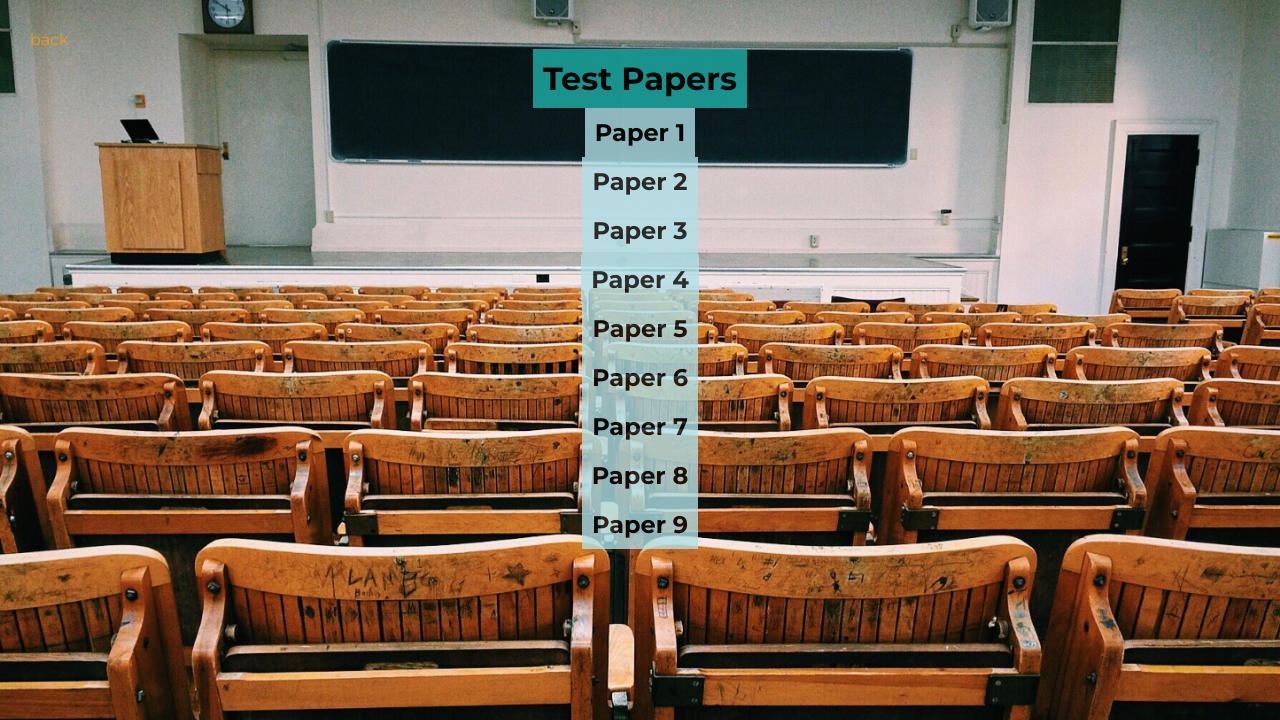
Repository: GauravBrahmbhatt/Psquare
Page: /testpage
The author's editor kept a copy of each file at every save. The page is drawn from the files as they stood at one save, then again after the next save.
The browser window is 1280 px wide. The pictures show the whole page.
The project was rebuilt for these pictures with package versions that can differ from the ones it lists, and the page was loaded fresh each time. Also part of the build but not shown: src/pages/main.js, src/pages/timer.js, src/pages/TestPapers/level1.js.

Above is the page before, as saved 2020-06-18 18:29:16.

### src/App.js
import React, { Component } from 'react';
import {Switch, Route, Router} from 'react-router-dom';
import History from './pages/History';

import NextPage from './pages/TestLoader';
import Main from './pages/main';
//import TestPage from './pages/LevelCoordinator';
import TestPage from './pages/TestPapers/level1';
//import Level2 from './pages/TestPapers/level2';
//import Level3 from './pages/TestPapers/level3';
//import Level4 from './pages/TestPapers/level4';
//import Level5 from './pages/TestPapers/level5';
//import Level6 from './pages/TestPapers/level6';
//import Level7 from './pages/TestPapers/level7';

//https://codepen.io/abbeyjfitzgerald/pen/QaeoYj

/*const backUrl = '/some/other/value'
// this.props.testvalue === "hello"
<Link to={{pathname: `/${this.props.testvalue}`, query: {backUrl}}} />
console.log(this.props.match.params.testvalue, this.props.location.query.backurl)
// output
hello /some/other/value
*/



class App extends Component {
	//this.props.match.params.id






  render(){
    return(

      <Router history={History}>
        <Switch>
          <Route path="/" exact component={Main} />
          <Route path="/testpage" component={NextPage} />
          <Route path="/timedtest" component={TestPage} />

        </Switch>
      </Router>
    )

  }
}

export default App;

//	  <Route path="/random" component={Level4} />
/*{"q":["24","-4","7"], "a":27},
	{"q":["3","-2","36"], "a":37},
	{"q":["56","-1","3"], "a":58},
	{"q":["88","-2","-1"], "a":85},
	{"q":["73","-1","7"], "a":79},
	{"q":["7","32","-4"], "a":35},
	{"q":["6","71","-5"], "a":72},
	{"q":["16","-5","2"], "a":13},
	{"q":["7","22","-7"], "a":22},
	{"q":["38","-6","2"], "a":34},
	{"q":["5","54","-1"], "a":58},
	{"q":["5","54","-1"], "a":58},
	{"q":["5","54","-1"], "a":58},
	{"q":["5","54","-1"], "a":58},
	{"q":["5","54","-1"], "a":58},
	{"q":["5","54","-1"], "a":58},
	{"q":["5","54","-1"], "a":58},
	{"q":["5","54","-1"], "a":58},
	{"q":["5","54","-1"], "a":58},
	{"q":["5","54","-1"], "a":58},
	{"q":["5","54","-1"], "a":58},
	{"q":["5","54","-1"], "a":58},
	{"q":["5","54","-1"], "a":58},
	{"q":["5","54","-1"], "a":58},
	{"q":["5","54","-1"], "a":58},
	{"q":["5","54","-1"], "a":58},
	{"q":["5","54","-1"], "a":58},
	{"q":["5","54","-1"], "a":58},
	{"q":["5","54","-1"], "a":58},
	{"q":["5","54","-1"], "a":58},
	{"q":["5","54","-1"], "a":58},
	{"q":["5","54","-1"], "a":58},
	{"q":["5","54","-1"], "a":58},
	{"q":["5","54","-1"], "a":58},
	{"q":["5","54","-1"], "a":58},
	{"q":["5","54","-1"], "a":58},
	{"q":["5","54","-1"], "a":58},
	{"q":["5","54","-1"], "a":58},
	{"q":["5","54","-1"], "a":58},
	{"q":["5","54","-1"], "a":58},
	{"q":["5","54","-1"], "a":58},
	{"q":["5","54","-1"], "a":58},
	{"q":["5","54","-1"], "a":58},
	{"q":["5","54","-1"], "a":58},
	{"q":["5","54","-1"], "a":58},
	{"q":["5","54","-1"], "a":58},
	{"q":["5","54","-1"], "a":58},
	{"q":["5","54","-1"], "a":58},
	{"q":["5","54","-1"], "a":58},
	{"q":["5","54","-1"], "a":58},
	{"q":["5","54","-1"], "a":58},
	{"q":["5","54","-1"], "a":58},
	{"q":["5","54","-1"], "a":58},
	{"q":["5","54","-1"], "a":58},
	{"q":["5","54","-1"], "a":58},
	{"q":["5","54","-1"], "a":58},
	{"q":["5","54","-1"], "a":58},
	{"q":["5","54","-1"], "a":58},
	{"q":["5","54","-1"], "a":58},
	{"q":["5","54","-1"], "a":58},
	{"q":["5","54","-1"], "a":58},
	{"q":["5","54","-1"], "a":58},
	{"q":["5","54","-1"], "a":58},
	{"q":["5","54","-1"], "a":58},
	{"q":["5","54","-1"], "a":58},
	{"q":["5","54","-1"], "a":58},
	{"q":["5","54","-1"], "a":58},
	{"q":["5","54","-1"], "a":58},
	{"q":["5","54","-1"], "a":58},
	{"q":["5","54","-1"], "a":58},
	{"q":["5","54","-1"], "a":58},
	{"q":["5","54","-1"], "a":58},
	{"q":["5","54","-1"], "a":58},
	{"q":["5","54","-1"], "a":58},
	{"q":["5","54","-1"], "a":58},
	{"q":["5","54","-1"], "a":58},
	{"q":["5","54","-1"], "a":58},
	{"q":["5","54","-1"], "a":58},
	{"q":["5","54","-1"], "a":58},
	{"q":["5","54","-1"], "a":58},
	{"q":["5","54","-1"], "a":58},
	{"q":["5","54","-1"], "a":58},
	{"q":["5","54","-1"], "a":58},
	{"q":["5","54","-1"], "a":58},
	{"q":["5","54","-1"], "a":58},
	{"q":["5","54","-1"], "a":58},
	{"q":["5","54","-1"], "a":58},
	{"q":["5","54","-1"], "a":58},
	{"q":["5","54","-1"], "a":58},
	{"q":["5","54","-1"], "a":58},
	{"q":["5","54","-1"], "a":58},
	{"q":["5","54","-1"], "a":58},
	{"q":["5","54","-1"], "a":58},
	{"q":["5","54","-1"], "a":58},
	{"q":["5","54","-1"], "a":58},
	{"q":["5","54","-1"], "a":58},
	{"q":["5","54","-1"], "a":58},
	{"q":["5","54","-1"], "a":58},
	{"q":["5","54","-1"], "a":58},
	{"q":["5","54","-1"], "a":58},
	{"q":["5","54","-1"], "a":58},
	{"q":["5","54","-1"], "a":58},
	{"q":["5","54","-1"], "a":58},
	{"q":["5","54","-1"], "a":58},
	{"q":["5","54","-1"], "a":58},
	{"q":["5","54","-1"], "a":58},
	{"q":["5","54","-1"], "a":58},
	{"q":["5","54","-1"], "a":58},
	{"q":["5","54","-1"], "a":58},
	{"q":["5","54","-1"], "a":58},
	{"q":["5","54","-1"], "a":58},
	{"q":["5","54","-1"], "a":58},
	{"q":["5","54","-1"], "a":58},
	{"q":["5","54","-1"], "a":58},
	{"q":["5","54","-1"], "a":58},
	{"q":["5","54","-1"], "a":58},
	{"q":["5","54","-1"], "a":58},
	{"q":["5","54","-1"], "a":58},
	{"q":["5","54","-1"], "a":58},
	{"q":["5","54","-1"], "a":58},
	{"q":["5","54","-1"], "a":58},
	{"q":["5","54","-1"], "a":58},
	{"q":["5","54","-1"], "a":58},
	{"q":["5","54","-1"], "a":58},
	{"q":["5","54","-1"], "a":58},
	{"q":["5","54","-1"], "a":58},
	{"q":["5","54","-1"], "a":58},
	{"q":["5","54","-1"], "a":58},
	{"q":["5","54","-1"], "a":58},
	{"q":["5","54","-1"], "a":58},
	{"q":["5","54","-1"], "a":58},
	{"q":["5","54","-1"], "a":58},
	{"q":["5","54","-1"], "a":58},
	{"q":["5","54","-1"], "a":58},
	{"q":["5","54","-1"], "a":58},
	{"q":["5","54","-1"], "a":58},
	{"q":["5","54","-1"], "a":58},
	{"q":["5","54","-1"], "a":58},
	{"q":["5","54","-1"], "a":58},
	{"q":["5","54","-1"], "a":58}*/

### src/pages/TestLoader.js
import React, { useState, useEffect } from "react";
import { Link } from "react-router-dom";


const TestLoader = ({ location }) => {

    const [ level, setLLevel ] = useState('');

  useEffect(() => {

    const params = new URLSearchParams(location.search);
    //let arr=params.getAll();
    //console.log(arr);
    const level = params.get("l");
    setLLevel(level ? level : "1");

    //console.log("level");
    //console.log(level);
    // get the q param
    //const q = params.get('q');
    // set language in state to the q parameter
    //setLanguage(q ? q : 'MatLab');
    //eslint-disable-next-line
  }, []);

  return (

    <div>
      <Link to="/">back</Link>
      <h1 className="title1">Test Papers</h1>
      <Link to="/timedtest?p=1">
        <p className="hover">Paper 1</p>
      </Link>
      <Link to="/timedtest?p=2">
        <p className="hover">Paper 2</p>
      </Link>
      <Link to="/timedtest?p=3">
        <p className="hover">Paper 3</p>
      </Link>
      <Link to="/timedtest?p=4">
        <p className="hover">Paper 4</p>
      </Link>
      <Link to="/timedtest?p=5">
        <p className="hover">Paper 5</p>
      </Link>
      <Link to="/timedtest?p=6">
        <p className="hover">Paper 6</p>
      </Link>
      <Link to="/timedtest?p=7">
        <p className="hover">Paper 7</p>
      </Link>
      <Link to="/timedtest?p=8">
        <p className="hover">Paper 8</p>
      </Link>
      <Link to="/timedtest?p=9">
        <p className="hover">Paper 9</p>
      </Link>
    </div>
  );
};

export default TestLoader;

### src/styleSheets/main.scss
@import url("https://fonts.googleapis.com/css?family=Montserrat:400,500,600,700");

* {
  -webkit-box-sizing: border-box;
  -moz-box-sizing: border-box;
  box-sizing: border-box;
}

body {
  font-family: "Montserrat";
  margin: 30px;
  background-image: url("../Bench.jpg");

  /* Set a specific height */
  height: 500px;

  /* Create the parallax scrolling effect */
  background-attachment: fixed;
  background-position: center;
  background-repeat: no-repeat;
  background-size: cover;
  //background-color:rgba(255,255,255,0.1);
  opacity: 0.8;
  //position: absolute;
  z-index: -1;
}

a {
  text-decoration: none;
  color: orange;
}

h2 {
  color: #000;
  margin: 2rem 0 0.5rem;
  font-size: 1.25rem;
  font-weight: 400;
  text-transform: uppercase;
}

img {
  display: block;
  border: 0;
  width: 100%;
  height: auto;
}

/***************************           Cards            *******************************/

.title {
  margin: auto;
  width: max-content;
  padding: 10px;
  font-size: 2rem;
  display: flex;
  font-weight: 900;
  background: #539fd3;
}

.title1 {
  margin: auto;
  width: max-content;
  padding: 10px;
  font-size: 2rem;
  display: flex;
  font-weight: 900;
  background: lightseagreen;
}

/* Turn off parallax scrolling for all tablets and phones. Increase/decrease the pixels if needed */
//@media only screen and (max-device-width: 1366px) {
// .parallax {
//   /* The image used */
//   //background-image: url("../Bench.jpg");

//   /* Set a specific height */
//   //height: 500px;

//   /* Create the parallax scrolling effect */
//   // background-attachment: fixed;
//   //background-position: center;
//   //background-repeat: no-repeat;
//   //background-size: cover;
//   //opacity: 0.2;
//   z-index: 1;
// }
//}

@mixin hideTapHighlightColor() {
  //Prevent highlight colour when element is tapped
  -webkit-tap-highlight-color: rgba(0, 0, 0, 0);
}

@mixin hardwareAccel() {
  //Improve performance on mobile/tablet devices
  transform: translateZ(0);
}

@mixin improveAntiAlias() {
  //Improve aliasing on mobile/tablet devices
  box-shadow: 0 0 1px rgba(0, 0, 0, 0);
}

.hover {
  display: inline-block;
  transition-duration: 0.5s;
  transition-property: transform;
  margin: auto;
  width: max-content;
  padding: 10px;
  font-size: 1.5rem;
  display: flex;
  font-weight: 900;
  color: black;
  background-color: powderblue;

  @include hideTapHighlightColor();
  @include hardwareAccel();
  @include improveAntiAlias();

  &:hover {
    transform: translateY(-6px);
    animation-name: hover;
    animation-duration: 1.5s;
    animation-delay: 1.5s;
    animation-timing-function: linear;
    animation-iteration-count: infinite;
    animation-direction: alternate;
  }
}

.cards {
  display: grid;
  grid-template-columns: repeat(
    auto-fill,
    minmax(200px, 1fr)
  ); /* see notes below */
  grid-auto-rows: minmax(120px, auto);
  grid-gap: 5rem;
  z-index: 5;
}

.card {
  /*height: 200px;*/
  /*background: red;*/
  border: 2px solid #e7e7e7;
  border-radius: 4px;
  padding: 0.5rem;
  -webkit-box-shadow: 0 2px 2px rgba(0, 0, 0, 0.15);
  box-shadow: 0 2px 2px rgba(0, 0, 0, 0.15);
  display: flex;
  /* -webkit-box-orient: vertical; */
  /* -webkit-box-direction: normal; */
  -ms-flex-direction: column;
  flex-direction: column;
  position: relative;
  color: #5d5e5e;
} /* li item */

.thumbnail img {
  fill: #c7c4c4;
  height: 135px;
  //opacity: 0.25;
  padding: 1.5rem;
}

.card-content {
  font-size: 0.75rem;
  display: flex;
  -webkit-box-orient: vertical;
  -webkit-box-direction: normal;
  -ms-flex-direction: column;
  flex-direction: column;
  -webkit-box-flex: 1;
  -ms-flex: 1;
  flex: 1;
}

.panel.card-panel .panel-header {
  background-color: #ffffff;
  font-size: 0.75rem;
  font-weight: 400;
  height: 25px !important;
}

.panel.card-panel .panel-content {
  -webkit-box-flex: 1;
  -ms-flex: 1;
  flex: 1;
}

.category {
  font-size: 0.75rem;
  text-transform: uppercase;
}

footer {
  border-top: 2px solid #e7e7e7;
  margin: 0.5rem 0 0;
  min-height: 30px;
  font-size: 0.5rem;
}

.category {
  position: absolute;
  top: 105px;
  left: 75px;
  color: #fff;
  background: #e74c3c;
  padding: 5px 15px;
  font-size: 15px;
  font-weight: 600;
  text-transform: uppercase;
}

.category__01 {
  background-color: #50c6db;
}

.category__02 {
  background-color: #51bb7b;
}

.category__03 {
  background-color: firebrick;
}

.category__04 {
  background-color: palegoldenrod;
}

.category__05 {
  background-color: olive;
}

.post-meta {
  margin-top: 1rem;
}

.comments {
  margin-left: 0.5rem;
}

.center {
  margin: auto;
  width: 50%;
  //border: 3px solid green;
  padding: 10px;
}

.fa-check {
  color: #13a775;
}

.fa-times {
  color: #f42020;
}

input[type="number"]::-webkit-inner-spin-button,
input[type="number"]::-webkit-outer-spin-button {
  -webkit-appearance: none;
}
input[type="number"] {
  -moz-appearance: textfield;
}

.heidi {
  display: none;
}

table {
  border-collapse: collapse;
}

//td, th,
tr {
  border: 2.5px solid #999;
  padding: 5px;
  text-align: center;
}

Loaded but not shown: src/index.js (common file); src/index.css (common file); src/serviceWorker.js (common file); src/pages/History.js (common file)

After the next save:
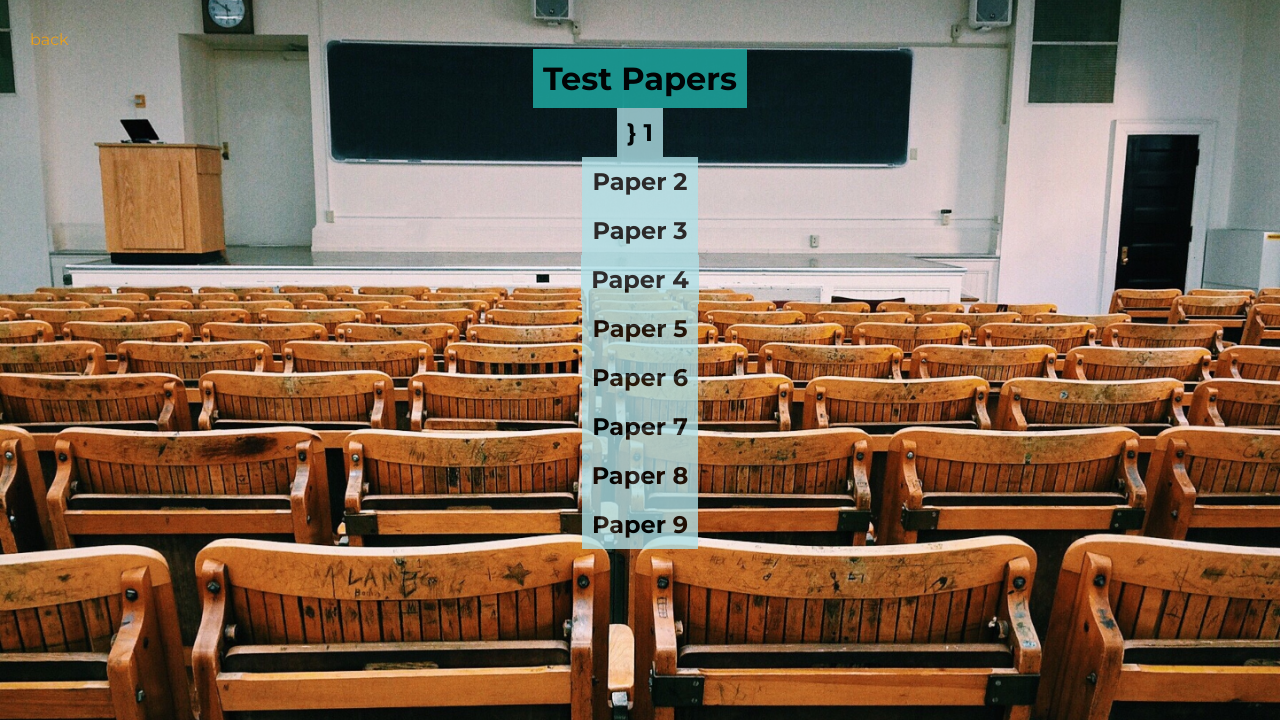
Saved 16 s later.
--- a/src/pages/TestLoader.js
+++ b/src/pages/TestLoader.js
@@ -29,7 +29,7 @@ const TestLoader = ({ location }) => {
       <Link to="/">back</Link>
       <h1 className="title1">Test Papers</h1>
       <Link to="/timedtest?p=1">
-        <p className="hover">Paper 1</p>
+        <p className="hover">{}} 1</p>
       </Link>
       <Link to="/timedtest?p=2">
         <p className="hover">Paper 2</p>
